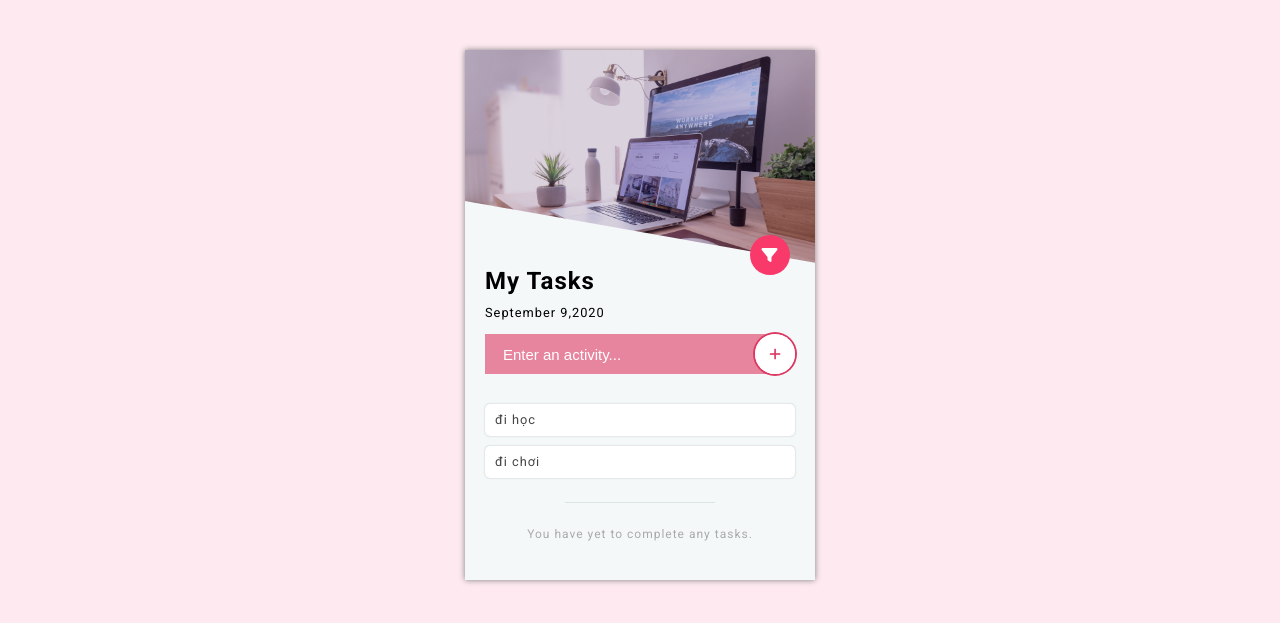
Repository: phongthanhh/JS-ToDoList
Page: index.html
These files come from the project's save history. The page is drawn as it stood at one moment and after the next save; the edit follows.
The browser window is 1280 px wide. The pictures show the whole page.

Above is the page before, as saved 2022-12-20 14:14:31.

After the next save:
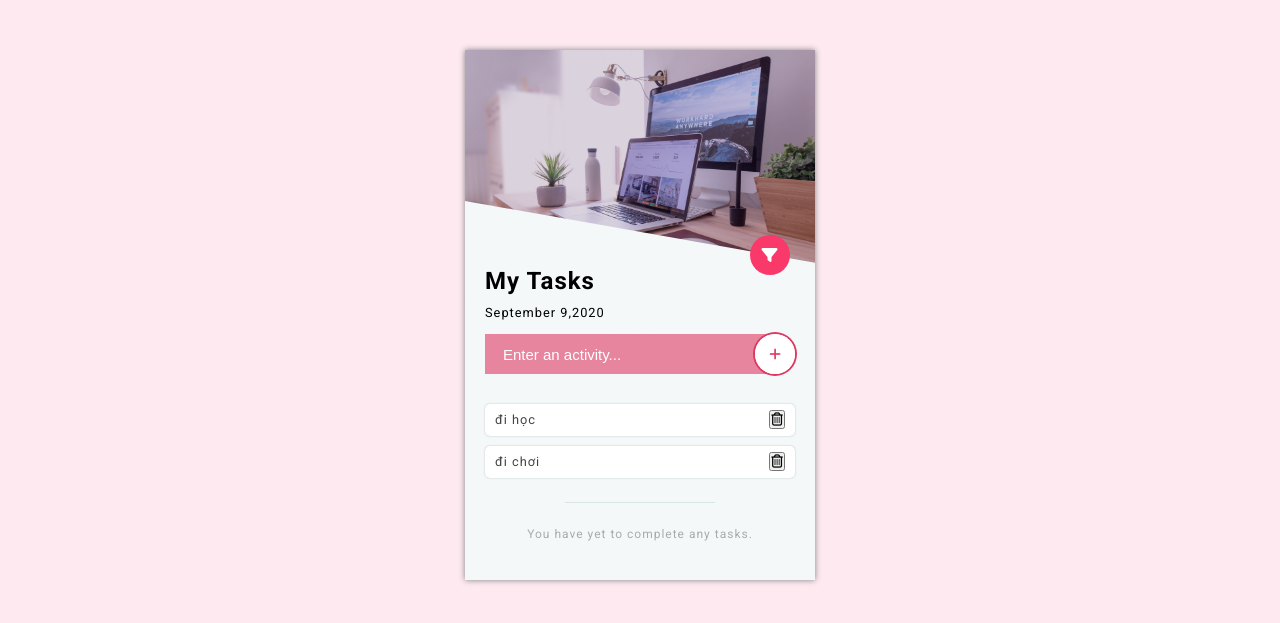
Saved 58 s later.
--- a/js/ToDoList.js
+++ b/js/ToDoList.js
@@ -23,7 +23,7 @@ export default class TodoList extends ToDo {
         this.ToDoArray.map(item => {
             contentTodO += `
                 <li>${item.content}
-                <div>  </div>
+                <div> <button> <i class="fa-regular fa-trash-can"></i></button> </div>
                 </li>
             `
         })
